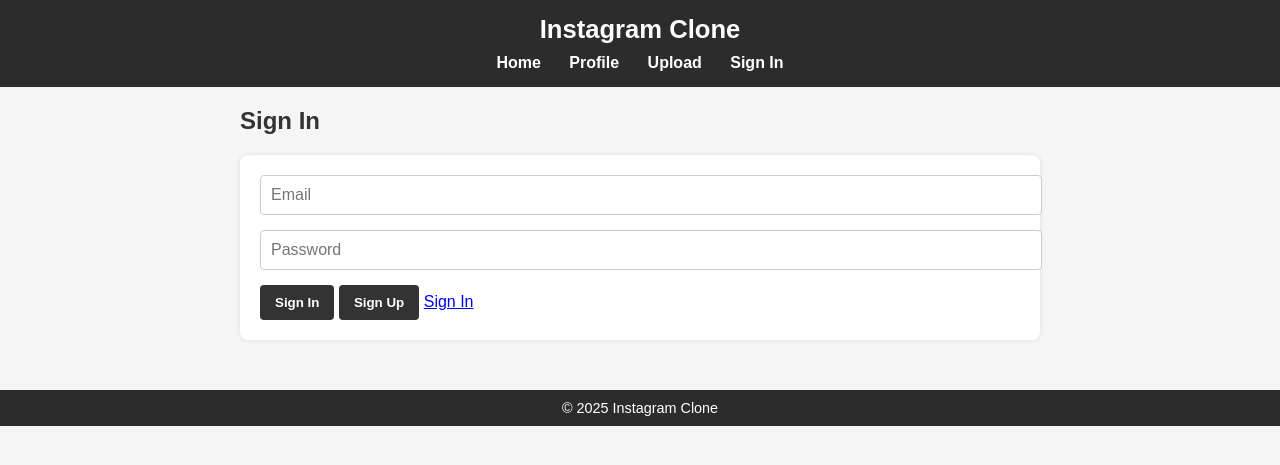
Repository: burhannaseer/CloudClips
Page: signin.html
The author's editor kept a copy of each file at every save. The page is drawn from the files as they stood at one save, then again after the next save.
The browser window is 1280 px wide. The pictures show the whole page.

Above is the page before, as saved 2025-05-06 07:35:08.

### signin.html
<!DOCTYPE html>
<html lang="en">
<head>
  <meta charset="UTF-8">
  <meta name="viewport" content="width=device-width, initial-scale=1.0">
  <title>Instagram Clone - Sign In</title>
  <link rel="stylesheet" href="styles.css">
</head>
<body>
  <header>
    <div class="container">
      <h1>Instagram Clone</h1>
      <nav>
        <a href="index.html">Home</a>
        <a href="profile.html">Profile</a>
        <a href="upload.html">Upload</a>
        <a href="signin.html">Sign In</a>
      </nav>
    </div>
  </header>

  <main class="container">
    <h2>Sign In</h2>
    <form id="signinForm">
      <input type="email" id="emailSignIn" placeholder="Email" required />
      <input type="password" id="passwordSignIn" placeholder="Password" required />
      <button type="submit">Sign In</button>
      <button type="submit">Sign Up</button>
      <a href="signin.html">Sign In</a>
    </form>
  </main>

  <footer>
    <div class="container">&copy; 2025 Instagram Clone</div>
  </footer>

  <script src="script.js"></script>
</body>
</html>

### styles.css
/* Clean Classic Instagram Clone Theme */

body {
  font-family: Arial, sans-serif;
  background-color: #f5f5f5;
  color: #333;
  margin: 0;
  padding: 0;
}

.container {
  width: 90%;
  max-width: 800px;
  margin: 0 auto;
}

header {
  background-color: #2c2c2c;
  color: white;
  padding: 15px 0;
  text-align: center;
}

header h1 {
  margin: 0;
  font-size: 1.6em;
}

header nav {
  margin-top: 10px;
}

header nav a {
  color: white;
  text-decoration: none;
  margin: 0 12px;
  font-weight: bold;
}

header nav a:hover {
  text-decoration: underline;
}

main {
  margin-top: 30px;
}

form {
  background-color: white;
  padding: 20px;
  border-radius: 8px;
  margin-bottom: 30px;
  box-shadow: 0 0 5px rgba(0, 0, 0, 0.1);
}

input, textarea {
  width: 100%;
  margin-bottom: 15px;
  padding: 10px;
  font-size: 1rem;
  border: 1px solid #ccc;
  border-radius: 4px;
}

input[type="file"] {
  padding: 6px;
}

button {
  padding: 10px 15px;
  background-color: #333;
  color: white;
  border: none;
  border-radius: 4px;
  font-weight: bold;
  cursor: pointer;
}

button:hover {
  background-color: #555;
}

.feed {
  display: flex;
  flex-direction: column;
  gap: 20px;
}

.post {
  background-color: white;
  border-radius: 10px;
  padding: 15px;
  box-shadow: 0 0 10px rgba(0,0,0,0.05);
}

.post h3 {
  margin-bottom: 10px;
  font-size: 1.2rem;
}

.post img,
.post video {
  width: 100%;
  border-radius: 6px;
  margin-bottom: 10px;
}

.post p {
  margin: 0 0 10px;
}

.actions {
  display: flex;
  justify-content: start;
  gap: 15px;
  font-size: 1.2rem;
}

.actions span {
  cursor: pointer;
}

.actions span:hover {
  opacity: 0.7;
}

footer {
  background-color: #2c2c2c;
  color: white;
  text-align: center;
  padding: 10px 0;
  margin-top: 50px;
  font-size: 0.9em;
}

/* Responsive */
@media (max-width: 600px) {
  header nav {
    display: flex;
    flex-direction: column;
    gap: 8px;
  }
}

### script.js
// Handle Sign Up
const signupForm = document.getElementById('signupForm');
if (signupForm) {
  signupForm.addEventListener('submit', function(e) {
    e.preventDefault();

    const firstName = document.getElementById('firstName').value;
    const lastName = document.getElementById('lastName').value;
    const email = document.getElementById('email').value;
    const phone = document.getElementById('phone').value;
    const password = document.getElementById('password').value;
    const confirmPassword = document.getElementById('confirmPassword').value;

    if (!firstName || !lastName || !email || !phone || !password || !confirmPassword) {
      alert('Please fill in all fields.');
      return;
    }

    if (password !== confirmPassword) {
      alert('Passwords do not match.');
      return;
    }

    const user = {
      firstName,
      lastName,
      email,
      phone,
      password,
    };

    localStorage.setItem('user', JSON.stringify(user));
    alert('Account created successfully!');
    window.location.href = 'signin.html';
  });
}

// Handle Sign In
const signinForm = document.getElementById('signinForm');
if (signinForm) {
  signinForm.addEventListener('submit', function(e) {
    e.preventDefault();

    const email = document.getElementById('emailSignIn').value;
    const password = document.getElementById('passwordSignIn').value;

    const user = JSON.parse(localStorage.getItem('user'));

    if (!user) {
      alert('No account found. Please sign up first.');
      return;
    }

    if (user.email === email && user.password === password) {
      alert('Sign In successful!');
      window.location.href = 'index.html';
    } else {
      alert('Incorrect email or password. Please try again.');
    }
  });
}

// Handle Post Upload
const form = document.getElementById('uploadForm');
if (form) {
  form.addEventListener('submit', function(e) {
    e.preventDefault();

    const title = document.getElementById('titleInput').value;
    const fileInput = document.getElementById('mediaInput');
    const description = document.getElementById('descriptionInput').value;
    const file = fileInput.files[0];
    const reader = new FileReader();

    reader.onload = function() {
      const post = {
        title,
        media: reader.result,
        type: file.type,
        description,
        likes: 0
      };

      const posts = JSON.parse(localStorage.getItem('posts')) || [];
      posts.unshift(post);
      localStorage.setItem('posts', JSON.stringify(posts));

      alert('Post uploaded!');
      window.location.href = 'index.html';
    };

    if (file) {
      reader.readAsDataURL(file);
    }
  });
}

function renderPosts(containerId) {
  const container = document.getElementById(containerId);
  if (!container) return;

  const posts = JSON.parse(localStorage.getItem('posts')) || [];
  posts.forEach((post, index) => {
    const div = document.createElement('div');
    div.className = 'post';

    const mediaTag = post.type.startsWith('video') ?
      `<video controls width="100%"><source src="${post.media}" type="${post.type}"></video>` :
      `<img src="${post.media}" alt="">`;

    div.innerHTML = `
      <h3>${post.title || 'Untitled'}</h3>
      ${mediaTag}
      <p>${post.description}</p>
      <div class="actions">
        <span onclick="likePost(${index})">❤️ ${post.likes}</span>
        <span title="Share">🔗</span>
        <span title="Save">💾</span>
      </div>
    `;
    container.appendChild(div);
  });
}

function likePost(index) {
  const posts = JSON.parse(localStorage.getItem('posts')) || [];
  posts[index].likes++;
  localStorage.setItem('posts', JSON.stringify(posts));
  location.reload();
}

renderPosts('feed');

After the next save:
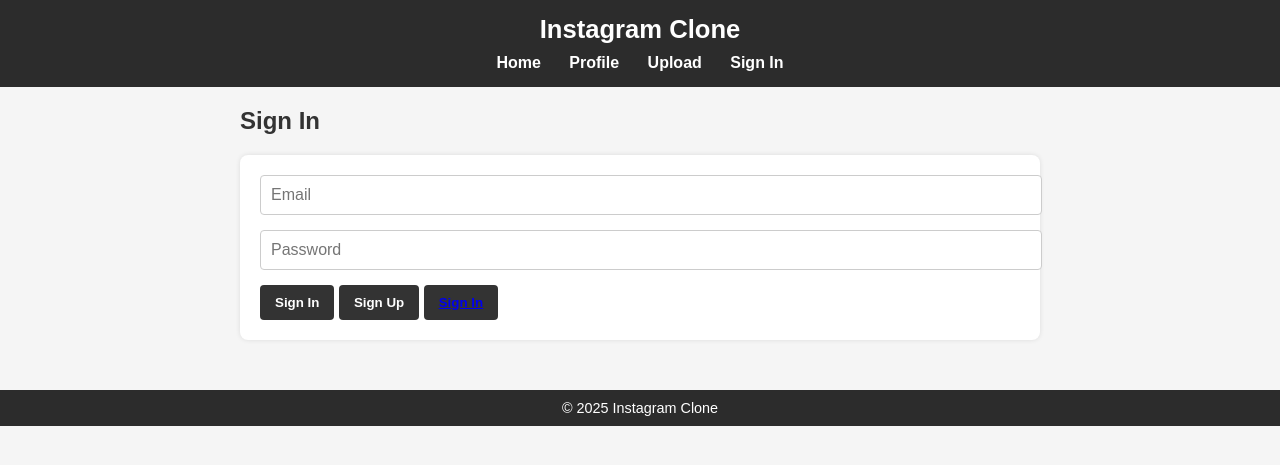
Saved 35 s later.
--- a/signin.html
+++ b/signin.html
@@ -26,7 +26,7 @@
       <input type="password" id="passwordSignIn" placeholder="Password" required />
       <button type="submit">Sign In</button>
       <button type="submit">Sign Up</button>
-      <a href="signin.html">Sign In</a>
+      <button type="submit">  <a href="signup.html">Sign In</a>
     </form>
   </main>
 
